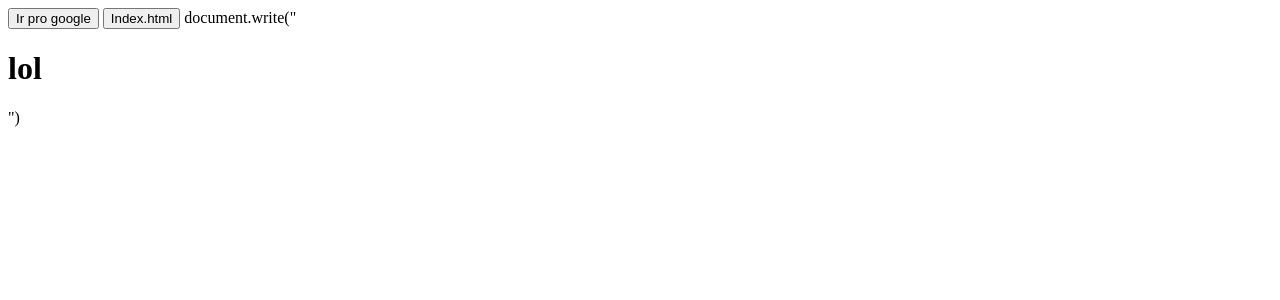
Repository: joaoaspimienta/Testes-e-estudo-de-ReactJS
Page: src/Anotações.html
An editor plug-in stored every save of this project. The page is shown before and after the next save, followed by the edit.
The browser window is 1280 px wide. The pictures show the whole page.

Above is the page before, as saved 2021-12-27 18:27:54.

After the next save:
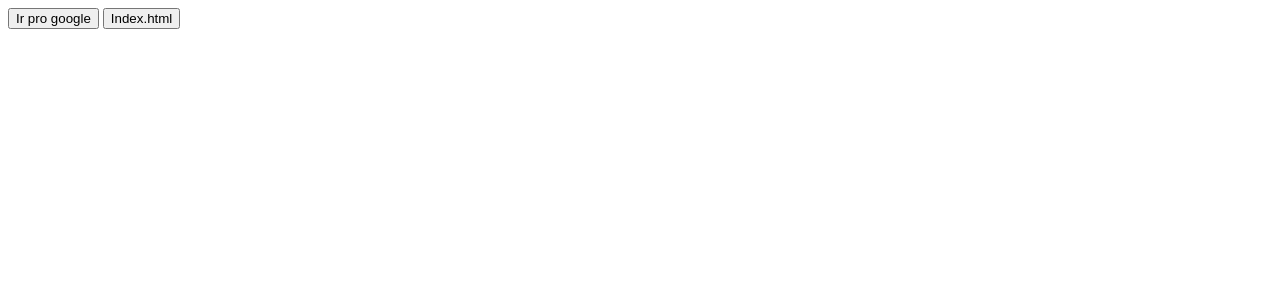
Saved 2 min 19 s later.
--- a/src/Anotações.html
+++ b/src/Anotações.html
@@ -8,6 +8,6 @@
 
     <button onClick="window.location.href='index.html';">Index.html</button>
 
-    document.write("<h1>lol</h1>")
+    <!-- document.write("<h1>lol</h1>") -->
   </body>
 </html>
